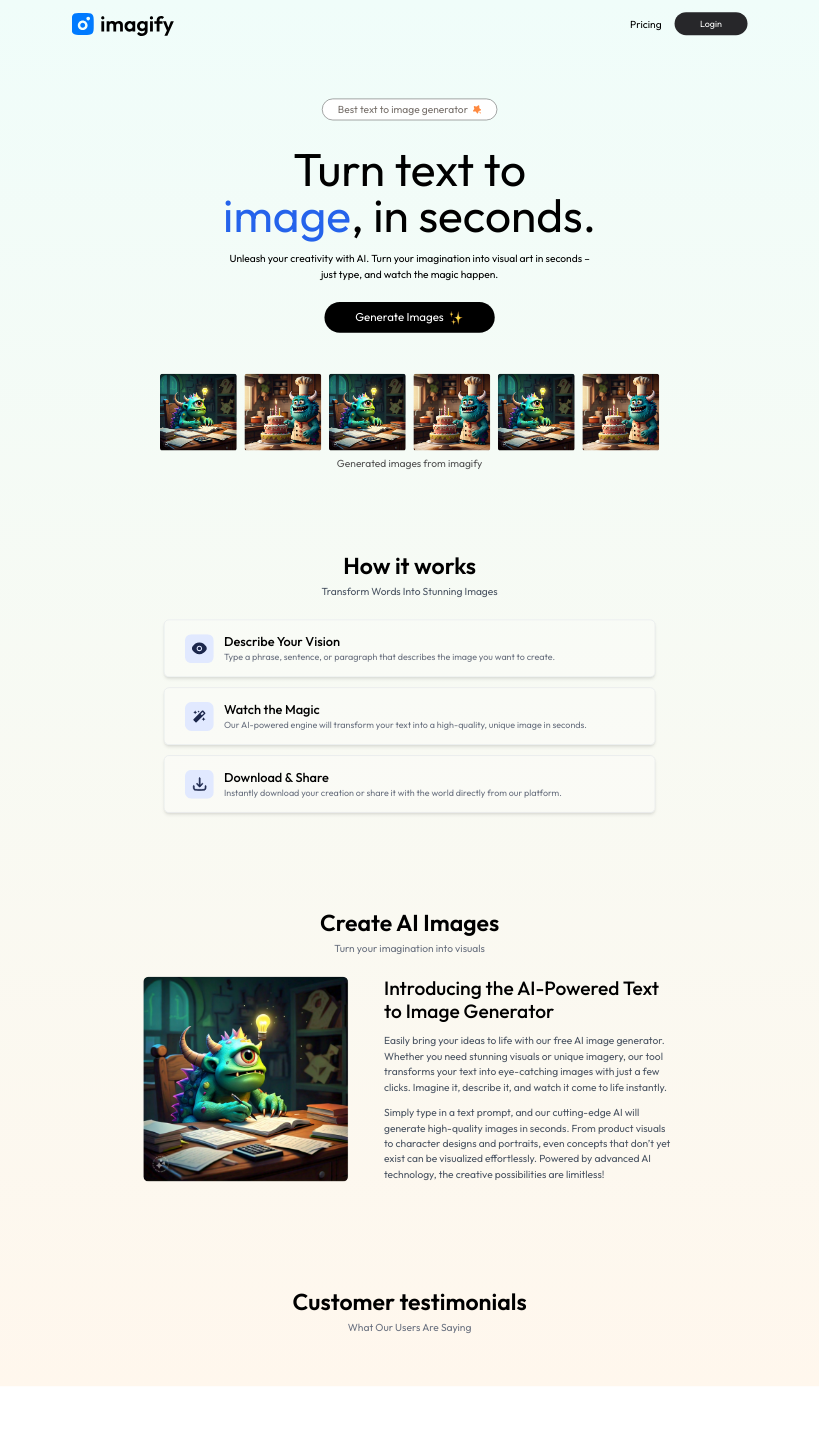
Repository: Abrammse/Abraify
Page: /
The author's editor kept a copy of each file at every save. The page is drawn from the files as they stood at one save, then again after the next save.
The browser window is 1280 px wide. The pictures show the whole page, at 64% of full size.
The project was rebuilt for these pictures with package versions that can differ from the ones it lists, and the page was loaded fresh each time. Also part of the build but not shown: vite.config.js, src/pages/Buycredit.jsx.

Above is the page before, as saved 2024-11-25 11:54:19.

After the next save:
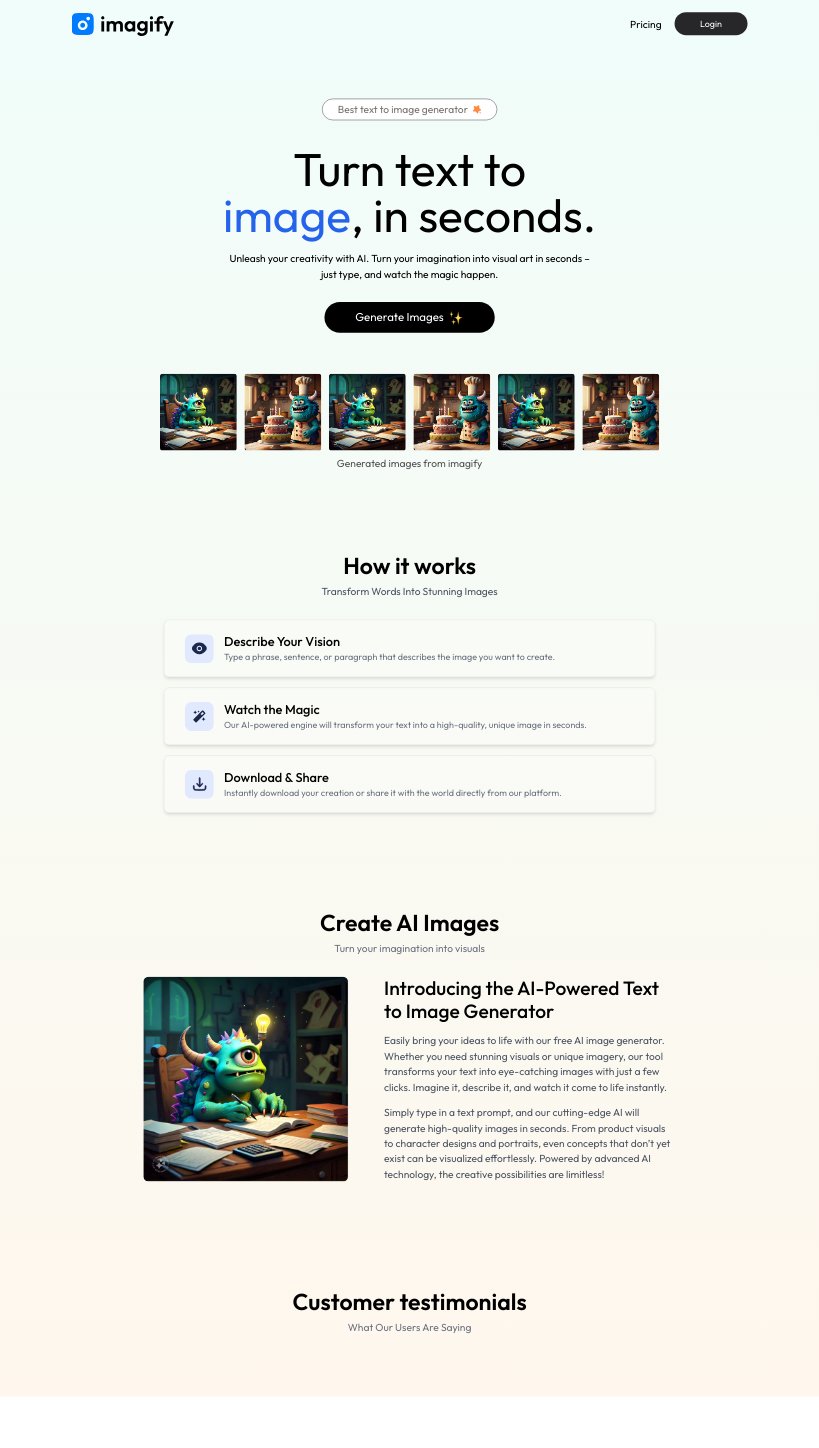
Saved 29 s later.
--- a/src/components/testimonials.jsx
+++ b/src/components/testimonials.jsx
@@ -4,7 +4,7 @@ const Testimonials = () => {
   return (
 <div className='flex flex-col items-center justify-center my-20 py-12'>
             <h1 className='text-3xl sm:text-4xl font-semibold mb-2 '>Customer testimonials</h1>
-            <p className=' tet-lg mb-8 text-gray-500'> What Our Users Are Saying </p>
+            <p className=' tet-lg mb-12 text-gray-500'> What Our Users Are Saying </p>
     </div>
 
   );
